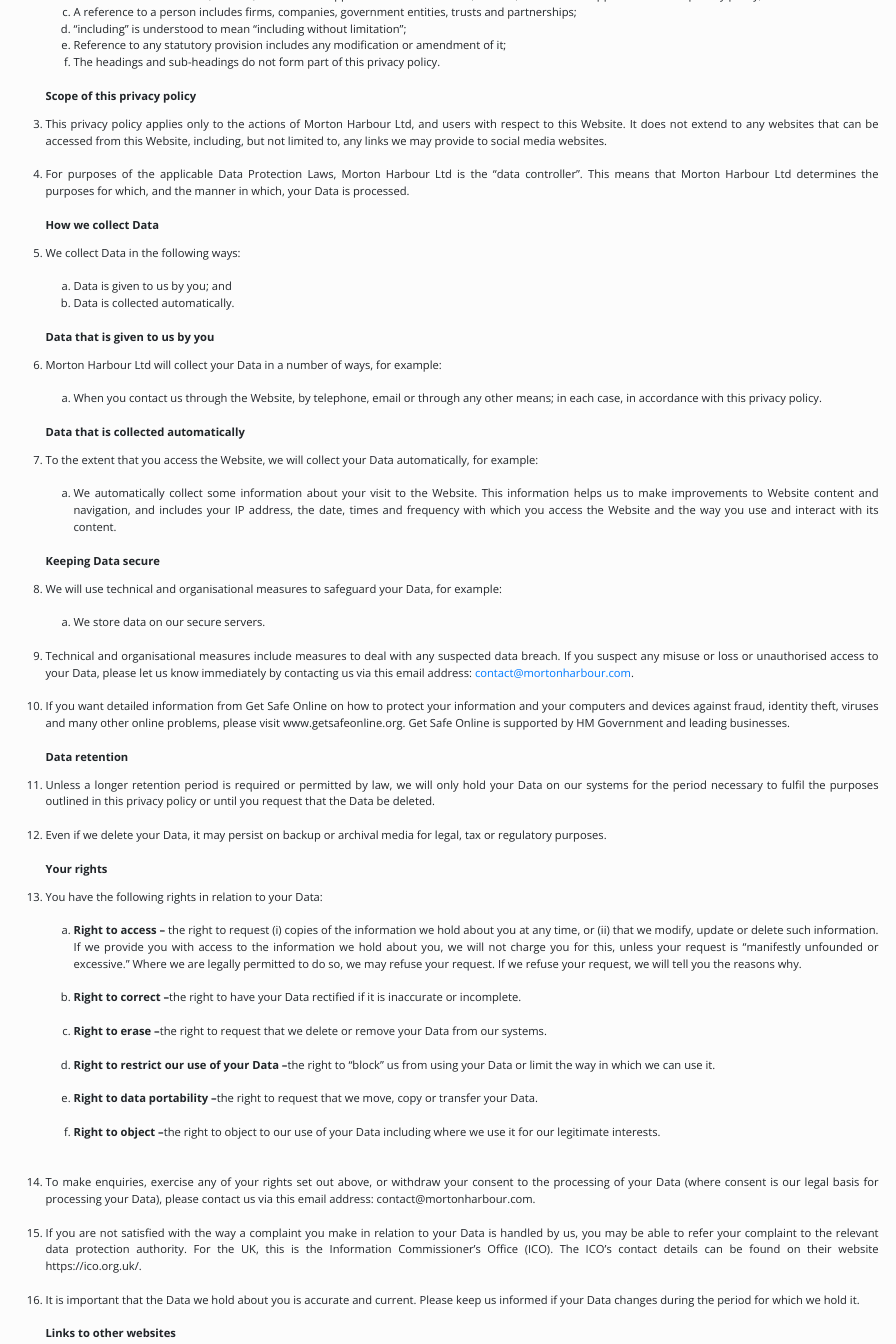
Repository: Code-Institute-Submissions/mortonharbour
Page: privacy policy.html
The author's editor kept a record of every edit. The page is drawn from the files as they stood at one moment, then again after the next edit.
The browser window is 1280 px wide. The pictures show the part of the page from y = 959 to 2879 px (the page is 4032 px tall), at 70% of full size.
Some web fonts or font styles are not loaded; a fallback is used. Some web libraries are served in a nearby version.

Above is the page before.

After the next edit:
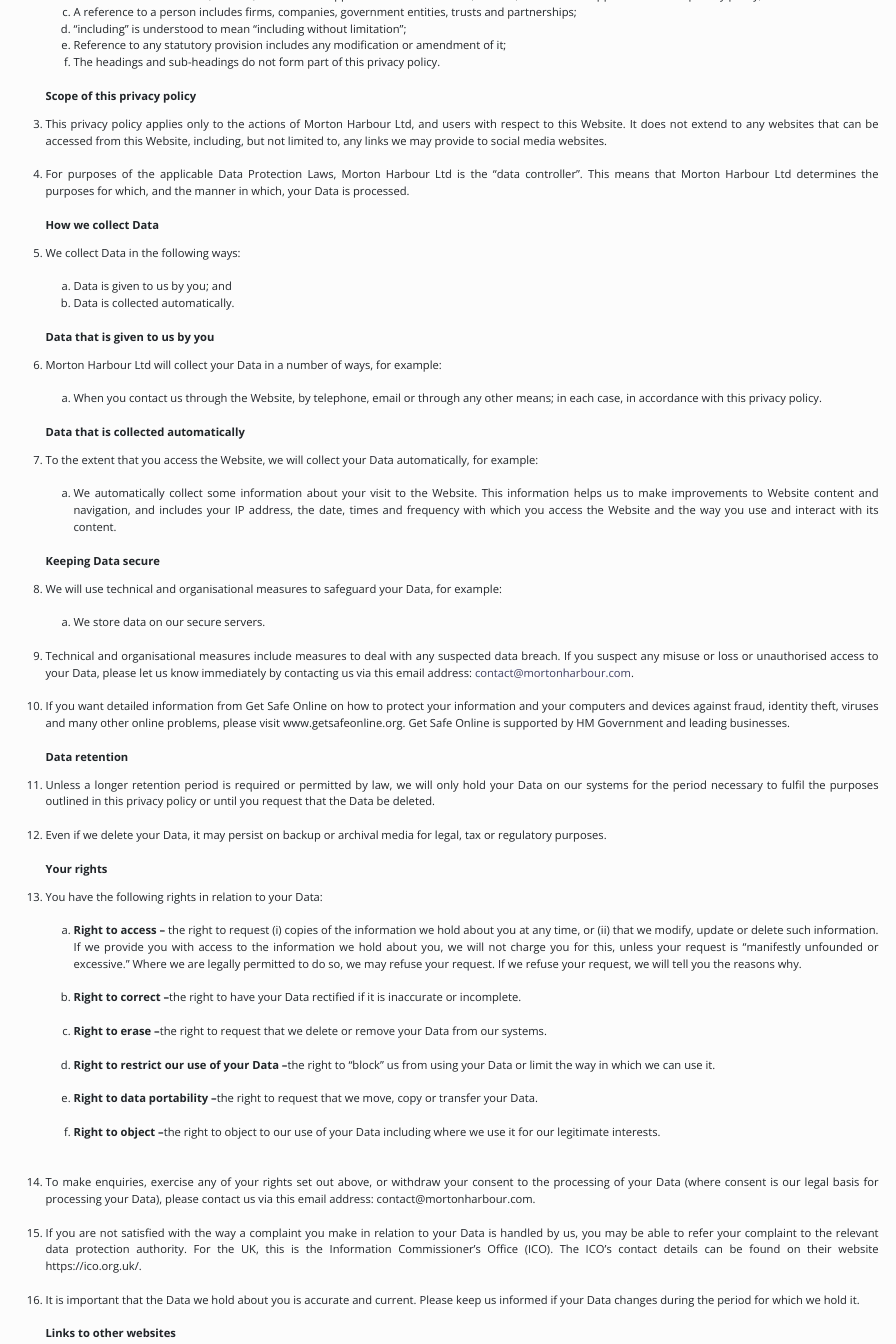
The edit:
--- a/assets/css/style.css
+++ b/assets/css/style.css
@@ -97,6 +97,10 @@
     color: #3f3f63;
 }
 
+.privacy-policy-email {
+    color: #3f3f63;
+}
+
 /*--------------------------------------------------------Form*/
 
 .newsletter-signup {
